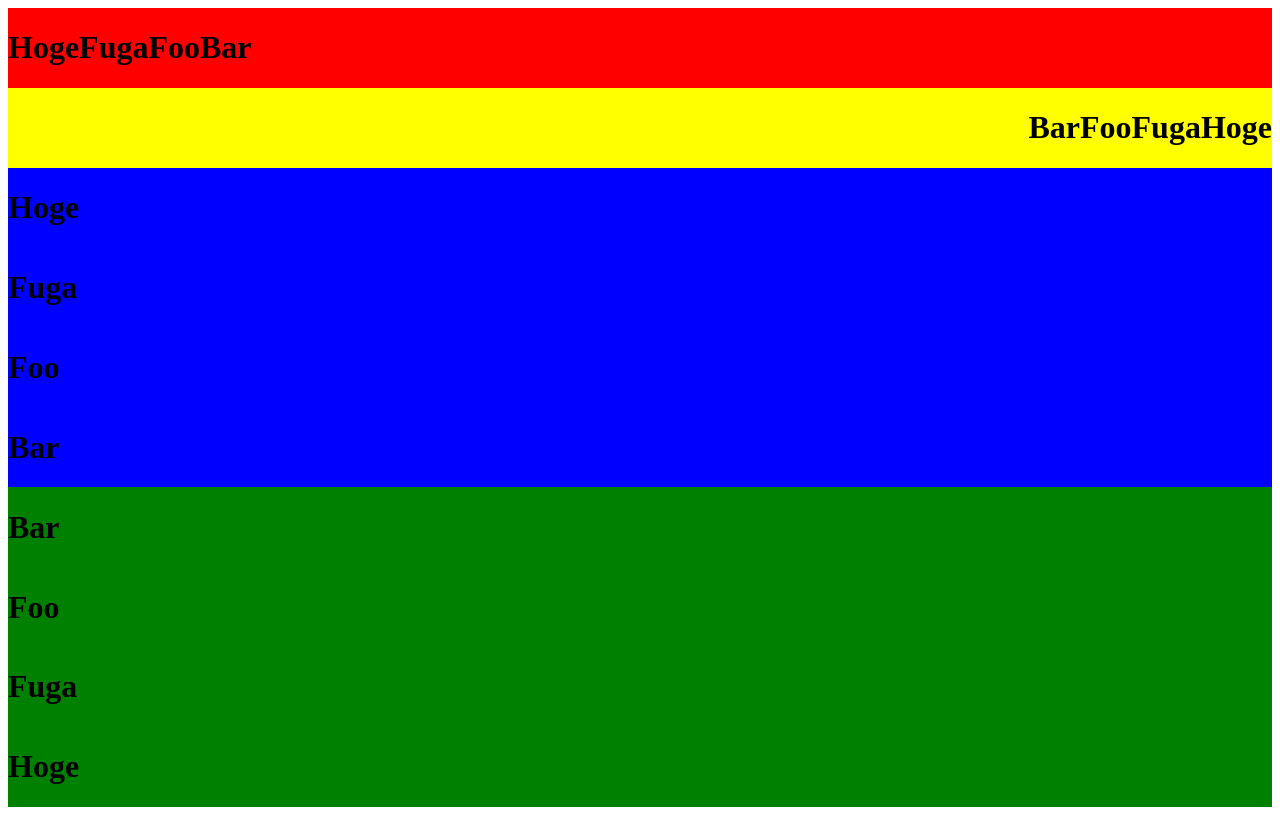
Repository: kota-nakasaka/samurai_HTML-CSS
Page: index2.html
The author's editor kept a record of every edit. The page is drawn from the files as they stood at one moment, then again after the next edit.
The browser window is 1280 px wide. The pictures show the whole page.

Above is the page before.

### index2.html
<html lang="ja">
    <head>
        <style>
            #sort {
                display: flex;
                flex-direction: row;
                background-color: red;
            }

            #reverse {
                display: flex;
                flex-direction: row-reverse;
                background-color: yellow;
            }

            #column {
                display: flex;
                flex-direction: column;
                background-color: blue;
            }

            #column-reverse {
                display: flex;
                flex-direction: column-reverse;
                background-color: green;
            }
        </style>
    </head>
    <body>
        <div id="sort">
            <h1>Hoge</h1>
            <h1>Fuga</h1>
            <h1>Foo</h1>
            <h1>Bar</h1>
        </div>

        <div id="reverse">
            <h1>Hoge</h1>
            <h1>Fuga</h1>
            <h1>Foo</h1>
            <h1>Bar</h1>
        </div>

        <div id="column">
            <h1>Hoge</h1>
            <h1>Fuga</h1>
            <h1>Foo</h1>
            <h1>Bar</h1>
        </div>

        <div id="column-reverse">
            <h1>Hoge</h1>
            <h1>Fuga</h1>
            <h1>Foo</h1>
            <h1>Bar</h1>
        </div>
    </body>
</html>

After the next edit:
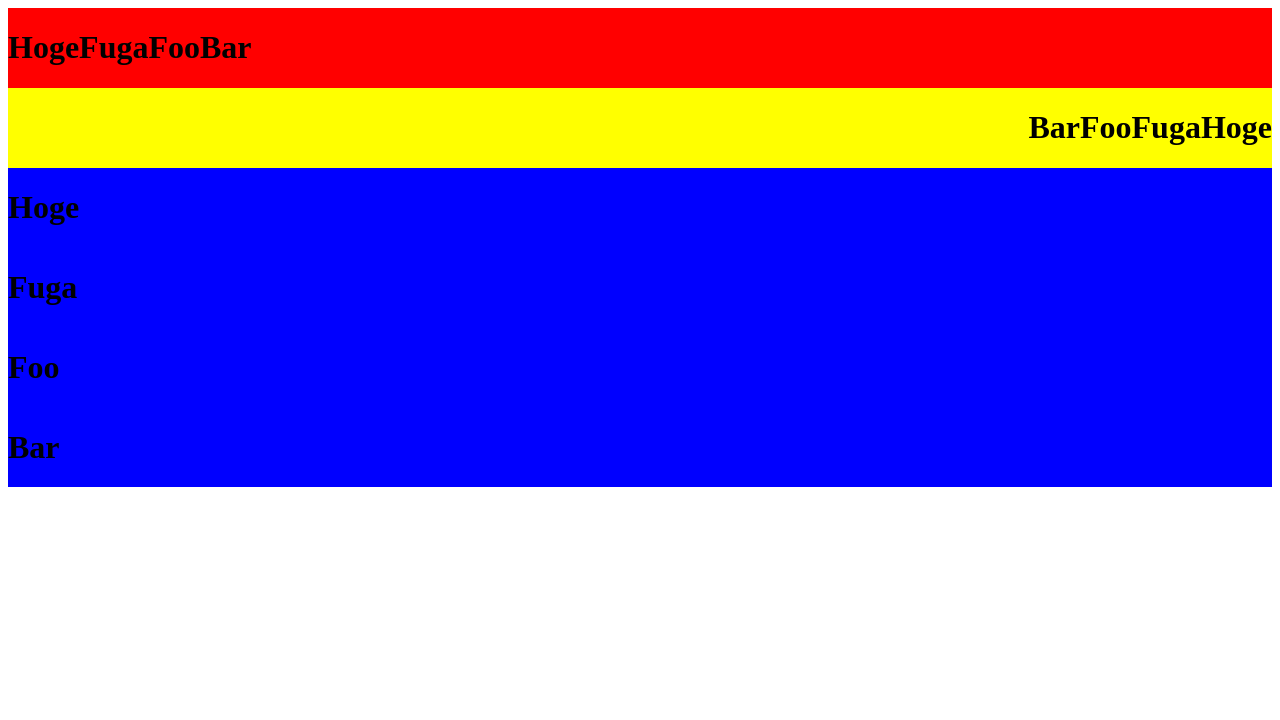
The edit:
--- a/index2.html
+++ b/index2.html
@@ -47,12 +47,6 @@
             <h1>Foo</h1>
             <h1>Bar</h1>
         </div>
-
-        <div id="column-reverse">
-            <h1>Hoge</h1>
-            <h1>Fuga</h1>
-            <h1>Foo</h1>
-            <h1>Bar</h1>
         </div>
     </body>
 </html>
